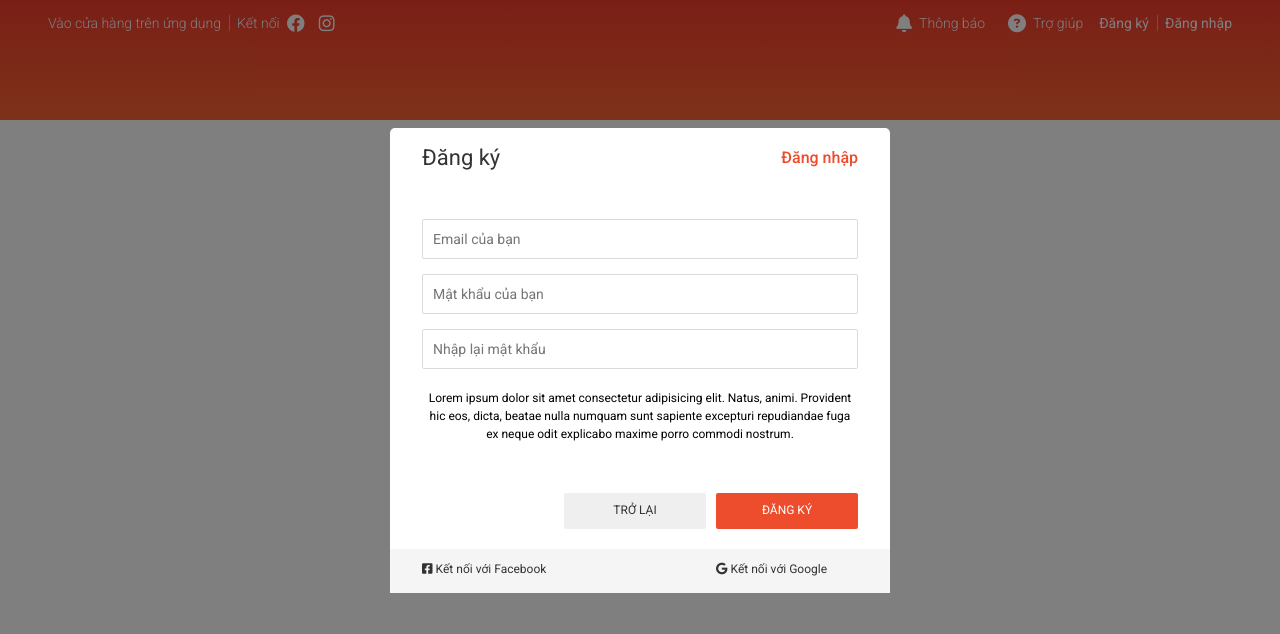
Repository: dptuyen1/F8-Tutorial
Page: index.html
These files come from the project's save history. The page is drawn as it stood at one moment and after the next save; the edit follows.
The browser window is 1280 px wide. The pictures show the whole page.

Above is the page before, as saved 2023-05-08 18:05:49.

### index.html
<!DOCTYPE html>
<html lang="en">
  <head>
    <meta charset="UTF-8" />
    <meta http-equiv="X-UA-Compatible" content="IE=edge" />
    <meta name="viewport" content="width=device-width, initial-scale=1.0" />
    <title>Document</title>
    <link
      rel="stylesheet"
      href="https://cdnjs.cloudflare.com/ajax/libs/normalize/8.0.1/normalize.min.css"
      integrity="sha512-NhSC1YmyruXifcj/KFRWoC561YpHpc5Jtzgvbuzx5VozKpWvQ+4nXhPdFgmx8xqexRcpAglTj9sIBWINXa8x5w=="
      crossorigin="anonymous"
      referrerpolicy="no-referrer"
    />
    <link rel="stylesheet" href="assets/css/base.css" />
    <link rel="stylesheet" href="assets/css/main.css" />
    <link
      rel="stylesheet"
      href="assets/fonts/fontawesome-free-6.4.0-web/css/all.min.css"
    />
    <link rel="preconnect" href="https://fonts.googleapis.com" />
    <link rel="preconnect" href="https://fonts.gstatic.com" crossorigin />
    <link
      href="https://fonts.googleapis.com/css2?family=Roboto:wght@300;400;500;700&display=swap"
      rel="stylesheet"
    />
  </head>

  <body>
    <div class="app">
      <header class="header">
        <div class="grid">
          <nav class="header__navbar">
            <ul class="header__navbar-list">
              <li
                class="header__navbar-item header__navbar-item-has-qr header__navbar-item-separate"
              >
                Vào cửa hàng trên ứng dụng
                <div class="header__qr">
                  <img
                    src="assets/img/qr_code.png"
                    alt="QR Cođe"
                    class="header__qr-img"
                  />
                  <div class="header__qr-apps">
                    <a href="" class="header__qr-link">
                      <img
                        src="assets/img/google_play.png"
                        alt="Google Play"
                        class="header__qr-download-img"
                      />
                    </a>
                    <a href="" class="header__qr-link">
                      <img
                        src="assets/img/app_store.png"
                        alt="App Store"
                        class="header__qr-download-img"
                      />
                    </a>
                  </div>
                </div>
              </li>
              <li class="header__navbar-item">
                <span class="header__navbar-title-no-pointer">Kết nối</span>
                <a href="" class="header__navbar-icon-link">
                  <i class="header__navbar-icon fa-brands fa-facebook"></i>
                </a>
                <a href="" class="header__navbar-icon-link">
                  <i class="header__navbar-icon fa-brands fa-instagram"></i>
                </a>
              </li>
            </ul>
            <ul class="header__navbar-list">
              <li class="header__navbar-item header__navbar-item--has-notify">
                <a href="" class="header__navbar-item-link">
                  <a href="" class="header__navbar-icon-link">
                    <i class="header__navbar-icon fa-solid fa-bell"></i> </a
                  >Thông báo
                </a>
                <div class="header__notify">
                  <header class="header__notify-header">
                    <h3>Thông báo mới nhận</h3>
                  </header>
                  <ul class="header__notify-list">
                    <li class="header__notify-item">
                      <a href="" class="header_notify-link">
                        <img
                          src="assets/img/comestic.jpg"
                          alt=""
                          class="header__notify-img"
                        />
                        <div class="header__notify-info">
                          <span class="header_notify-name"
                            >Mỹ phẩm Ohui chính hãng</span
                          >
                          <span class="header__notify-description"
                            >Mô tả mỹ tả Ohui chính hãng</span
                          >
                        </div>
                      </a>
                    </li>
                    <li class="header__notify-item header__notify-item--read">
                      <a href="" class="header_notify-link">
                        <img
                          src="assets/img/comestic.jpg"
                          alt=""
                          class="header__notify-img"
                        />
                        <div class="header__notify-info">
                          <span class="header_notify-name"
                            >Mỹ phẩm Ohui chính hãng</span
                          >
                          <span class="header__notify-description"
                            >Mô tả mỹ tả Ohui chính hãng</span
                          >
                        </div>
                      </a>
                    </li>
                    <li class="header__notify-item">
                      <a href="" class="header_notify-link">
                        <img
                          src="assets/img/comestic.jpg"
                          alt=""
                          class="header__notify-img"
                        />
                        <div class="header__notify-info">
                          <span class="header_notify-name"
                            >Mỹ phẩm Ohui chính hãng</span
                          >
                          <span class="header__notify-description"
                            >Mô tả mỹ tả Ohui chính hãng</span
                          >
                        </div>
                      </a>
                    </li>
                  </ul>
                  <footer class="header__notify-footer">
                    <a href="" class="header__notify-footer-btn">Xem tất cả</a>
                  </footer>
                </div>
              </li>
              <li class="header__navbar-item">
                <a href="" class="header__navbar-item-link">
                  <a href="" class="header__navbar-icon-link">
                    <i
                      class="header__navbar-icon fa-solid fa-circle-question"
                    ></i></a
                  >Trợ giúp
                </a>
              </li>
              <li
                class="header__navbar-item header__navbar-item-bold header__navbar-item-separate"
              >
                Đăng ký
              </li>
              <li class="header__navbar-item header__navbar-item-bold">
                Đăng nhập
              </li>
            </ul>
          </nav>
        </div>
      </header>

      <div class="container"></div>

      <footer class="footer"></footer>
    </div>

    <!-- Modal layout -->
    <div class="modal">
      <div class="modal__overlay"></div>
      <div class="modal__body">
        <div class="modal__inner"></div>

        <!-- Authenticated Form -->
        <form class="auth-form">
          <div class="auth-form__container">
            <div class="auth-form__header">
              <h3 class="auth_form__heading">Đăng ký</h3>
              <span class="auth_form__switch-btn">Đăng nhập</span>
            </div>
            <div class="auth-form__form">
              <div class="auth-form__group">
                <input
                  type="text"
                  class="auth-form__input"
                  placeholder="Email của bạn"
                />
              </div>
              <div class="auth-form__group">
                <input
                  type="password"
                  class="auth-form__input"
                  placeholder="Mật khẩu của bạn"
                />
              </div>
              <div class="auth-form__group">
                <input
                  type="password"
                  class="auth-form__input"
                  placeholder="Nhập lại mật khẩu"
                />
              </div>
            </div>
            <div class="auth-form__aside">
              <p>
                Lorem ipsum dolor sit amet consectetur adipisicing elit. Natus,
                animi. Provident hic eos, dicta, beatae nulla numquam sunt
                sapiente excepturi repudiandae fuga ex neque odit explicabo
                maxime porro commodi nostrum.
              </p>
            </div>
            <div class="auth-form_controls">
              <button class="btn btn--back">TRỞ LẠI</button>
              <button class="btn btn--primary">ĐĂNG KÝ</button>
            </div>
          </div>

          <div class="auth-form_socials">
            <a href="" class="btn btn--size-s btn--with-icon">
              <i class="fa-brands fa-square-facebook"></i>
              Kết nối với Facebook
            </a>
            <a href="" class="btn btn--size-s btn--with-icon">
              <i class="fa-brands fa-google"></i>
              Kết nối với Google
            </a>
          </div>
        </form>
      </div>
    </div>
  </body>
</html>

### assets/css/base.css
:root {
  --primary-color: #ee4d2d;
  --white-color: #fff;
  --black-color: #000;
  --text-color: #333;
  --border-color: #dbdbdb;
}

* {
  box-sizing: inherit;
}

html {
  font-size: 62.5%;
  line-height: 1.6rem;
  font-family: "Roboto", sans-serif;
  box-sizing: border-box;
}

.grid {
  width: 1200px;
  max-width: 100%;
  /* căn giữa */
  margin: 0 auto;
}

.grid__full-width {
  width: 100%;
}

.grid__row {
  display: flex;
  flex-wrap: wrap;
}

/* Modal */
.modal {
  position: fixed;
  top: 0;
  right: 0;
  bottom: 0;
  left: 0;
  display: flex;
}

.modal__overlay {
  position: absolute;
  width: 100%;
  height: 100%;
  background-color: rgba(0, 0, 0, 0.5);
}

.modal__body {
  background-color: var(--white-color);
  margin: auto;
  position: relative;
  z-index: 1;
  border-radius: 5px;
}

.modal__inner {
}

/* Button style */
.btn {
  min-width: 142px;
  height: 36px;
  text-decoration: none;
  border: none;
  border-radius: 2px;
  cursor: pointer;
  padding: 0;
  font-size: 1.2rem;
  color: var(--text-color);
}

.btn:hover {
  background-color: rgba(0, 0, 0, 0.2);
}

.btn.btn--size-s {
  height: 20px;
}

.btn.btn--primary {
  color: var(--white-color);
  background-color: var(--primary-color);
}

.btn.btn--disabled {
  color: #ccc;
  cursor: default;
  background-color: #999;
}

/* Animation */
@keyframes fadeIn {
  from {
    opacity: 0;
  }

  to {
    opacity: 1;
  }
}

@keyframes notifyGrowth {
  from {
    opacity: 0;
    transform: scale(0);
  }

  to {
    opacity: 1;
    transform: scale(1);
  }
}

### assets/css/main.css
.header {
  height: 120px;
  background-image: linear-gradient(0, #fe6433, #f53e2d);
}

.header__navbar {
  display: flex;
  justify-content: space-between;
}

.header__navbar-list {
  list-style: none;
  padding-left: 0;
}

.header__navbar-item {
  margin: 0 8px;
  position: relative;
  min-height: 26px;
}

.header__navbar-item-has-qr:hover .header__qr {
  display: block;
}

.header__navbar-item,
.header__navbar-item-link {
  display: inline-block;
  font-size: 1.4rem;
  color: var(--white-color);
  text-decoration: none;
  font-weight: 300;
}

.header__navbar-list,
.header__navbar-item,
.header__navbar-item-link,
.header__navbar-icon-link {
  display: inline-flex;
  align-items: center;
}

.header__navbar-item:hover,
.header__navbar-item-link:hover,
.header__navbar-icon-link:hover {
  color: rgba(255, 255, 255, 0.5);
  cursor: pointer;
}

.header__navbar-item--has-notify:hover .header__notify {
  display: block;
}

.header__navbar-item-bold {
  font-weight: 400;
}

.header__navbar-item-separate::after {
  content: "";
  display: block;
  position: absolute;
  border-left: 1px solid #fb9086;
  height: 16px;
  right: -9px;
  top: 50%;
  transform: translateY(-50%);
}

.header__navbar-icon-link {
  color: var(--white-color);
  text-decoration: none;
}

.header__navbar-icon {
  font-size: 1.8rem;
  margin: 0 7px;
}

.header__navbar-title-no-pointer {
  cursor: text;
  color: var(--white-color);
}

/* Header QR Code  */
.header__qr {
  width: 185px;
  background-color: var(--white-color);
  position: absolute;
  left: 0;
  /* cao bằng thẻ chứa nó */
  top: 150%;
  padding: 8px;
  border-radius: 2px;
  display: none;
  animation: fadeIn ease-in 0.5s;
}

.header__qr::before {
  content: "";
  display: block;
  position: absolute;
  width: 100%;
  height: 20px;
  left: 0;
  top: -20px;
}

.header__qr-img {
  width: 100%;
}

.header__qr-apps {
  display: flex;
  justify-content: space-between;
}

.header__qr-link:first-child {
  margin-left: 11px;
}

.header__qr-link:last-child {
  margin-right: 11px;
}

.header__qr-download-img {
  height: 15px;
}

/* Header notification */

.header__notify {
  position: absolute;
  top: 150%;
  right: 0;
  width: 405px;
  background-color: var(--white-color);
  border: 1px solid #d3d3d3;
  border-radius: 2px;
  cursor: default;
  transform-origin: top right;
  display: none;
  animation: notifyGrowth ease-in 0.5s;
}

.header__notify::before {
  content: "";
  border-width: 20px 30px;
  border-style: solid;
  border-color: transparent transparent var(--white-color) transparent;
  position: absolute;
  right: 0;
  top: -30px;
}

.header__notify::after {
  content: "";
  display: block;
  position: absolute;
  right: 0;
  top: -20px;
  width: 100%;
  height: 20px;
}

.header__notify-header {
  height: 40px;
  background-color: var(--white-color);
}

.header__notify-header h3 {
  color: #999;
  margin: 0 0 0 12px;
  font-weight: 400;
  font-size: 1.4rem;
  line-height: 40px;
}

.header__notify-list {
  padding-left: 0;
}

.header__notify-item {
  display: flex;
}

.header__notify-item:hover {
  background-color: #f7f7f7;
}

.header__notify-item--read {
  background-color: rgba(238, 77, 45, 0.2);
}

.header_notify-link {
  width: 100%;
  display: flex;
  padding: 12px;
  text-decoration: none;
}

.header__notify-img {
  width: 50px;
  object-fit: contain;
}

.header__notify-info {
  margin-left: 12px;
}

.header_notify-name {
  display: block;
  font-size: 1.4rem;
  color: var(--black-color);
  font-weight: 400;
}

.header__notify-description {
  display: block;
  font-size: 1.2rem;
  line-height: 2rem;
  color: #756f6e;
  margin-top: 10px;
}

.header__notify-footer {
  display: flex;
}

.header__notify-footer-btn {
  text-decoration: none;
  color: var(--text-color);
  margin: 0 auto;
  padding: 10px;
  font-size: 1.4rem;
  font-weight: 400;
}

/* Authenticated modal */
.auth-form {
  width: 500px;
}

.auth-form__container {
  padding: 0 32px;
}

.auth-form__header {
  display: flex;
  align-items: center;
  justify-content: space-between;
}

.auth_form__heading {
  font-size: 2.2rem;
  font-weight: 400;
  color: var(--text-color);
}

.auth_form__switch-btn {
  font-size: 1.6rem;
  color: var(--primary-color);
  font-weight: 500;
  cursor: pointer;
}

.auth-form__form {
  margin-top: 16px;
}

.auth-form__group {
}

.auth-form__input {
  width: 100%;
  height: 40px;
  margin-top: 15px;
  padding: 0 10px;
  font-size: 1.4rem;
  border: 1px solid var(--border-color);
  border-radius: 2px;
  outline: none;
}

.auth-form__input:focus {
  border-color: #777;
}

.auth-form__aside {
  margin-top: 20px;
}

.auth-form__aside p {
  font-size: 1.2rem;
  line-height: 1.8rem;
  text-align: center;
}

.auth-form_controls {
  margin-top: 50px;
  margin-bottom: 20px;
  display: flex;
  justify-content: flex-end;
}

.btn {
}

.btn--back {
  margin-right: 10px;
}

.btn--primary {
}

.auth-form_socials {
  background-color: #f5f5f5;
  padding: 12px 32px;
  display: flex;
  justify-content: space-between;
}

.btn--with-icon {
}

.fa-brands {
}

.fa-square-facebook {
}

.fa-google {
}

Loaded but not shown: assets/fonts/fontawesome-free-6.4.0-web/css/all.min.css (library)

After the next save:
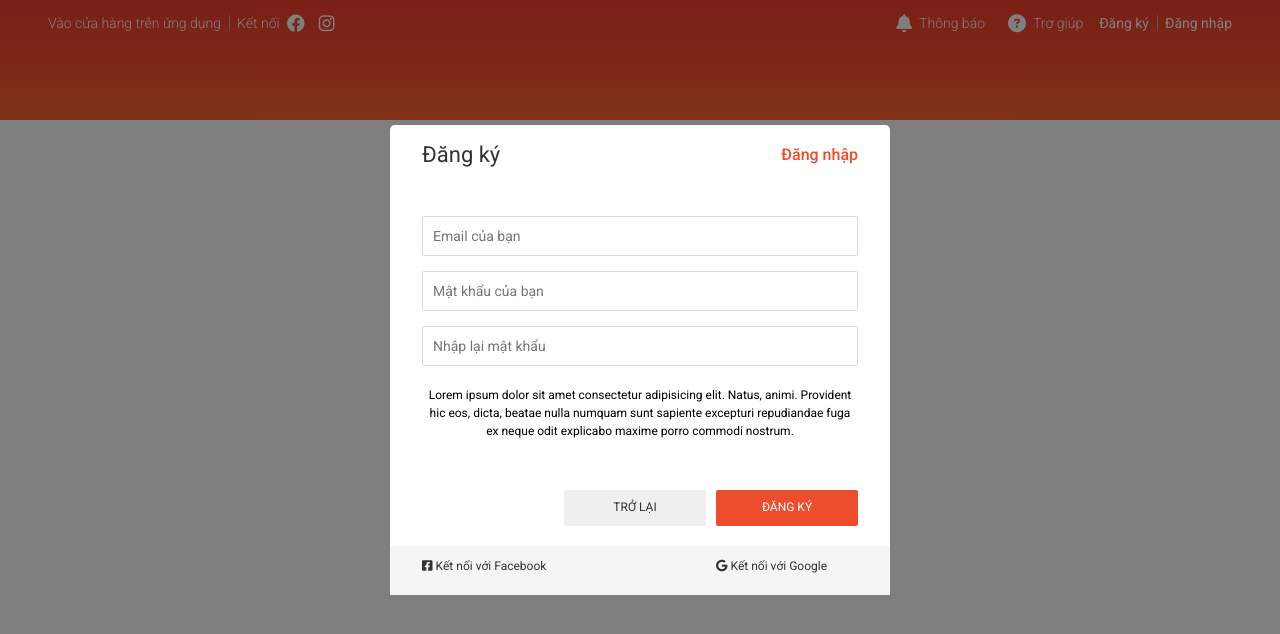
Saved 6 s later.
--- a/assets/css/base.css
+++ b/assets/css/base.css
@@ -79,7 +79,7 @@ html {
 }
 
 .btn.btn--size-s {
-  height: 20px;
+  height: 25px;
 }
 
 .btn.btn--primary {
